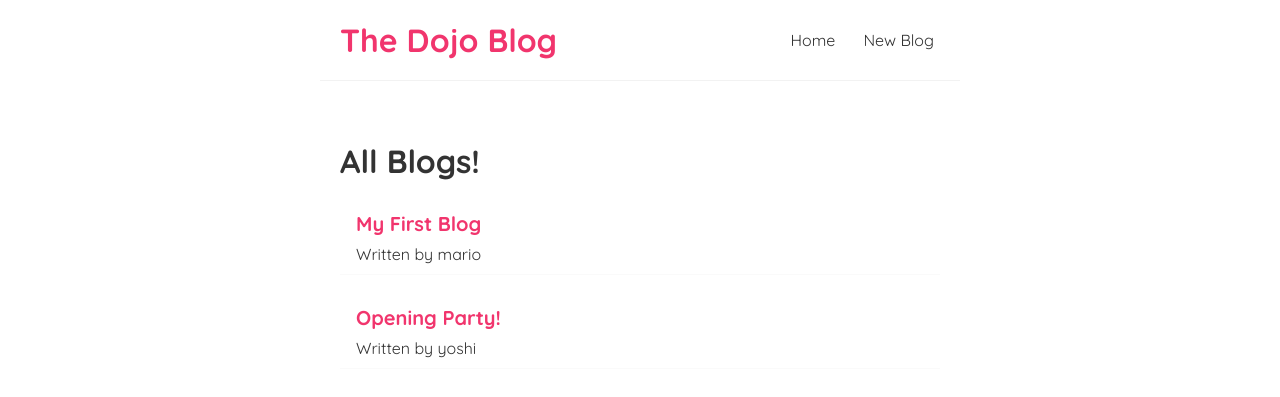
Repository: DESTINYAS/Reactjs
Page: /
The author's editor kept a copy of each file at every save. The page is drawn from the files as they stood at one save, then again after the next save.
The browser window is 1280 px wide. The pictures show the whole page.
The project was rebuilt for these pictures with package versions that can differ from the ones it lists, and the page was loaded fresh each time. Requests to the local data server were answered from the project's data file. Also part of the build but not shown: src/create.js, src/BlogDetails.js.

Above is the page before, as saved 2022-12-01 13:04:15.

After the next save:
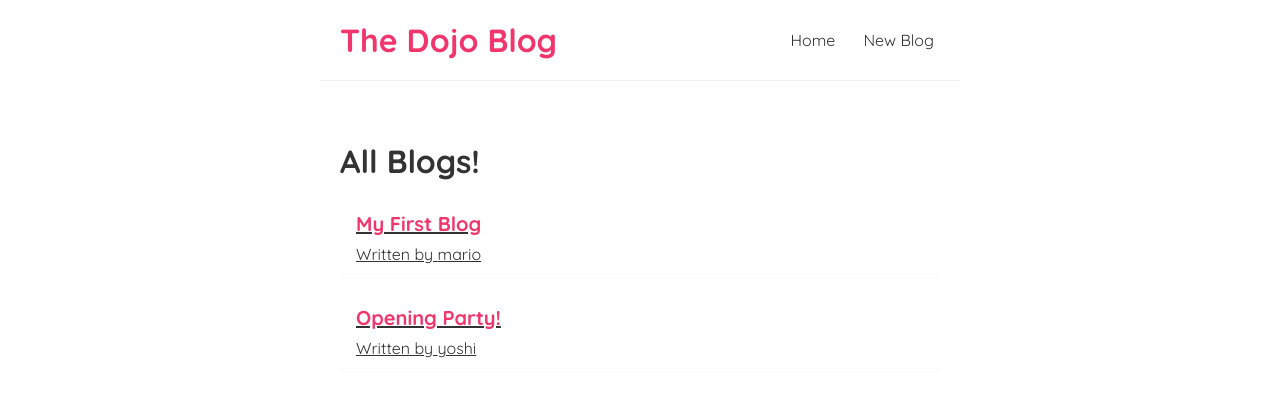
Saved 7 min 35 s later.
--- a/src/BlogList.js
+++ b/src/BlogList.js
@@ -1,11 +1,14 @@
+import { Link } from "react-router-dom";
 const BlogList = ({ blogs, title }) => {
   return (
     <div className="blog-list">
       <h1>{title}</h1>
       {blogs.map((blog) => (
         <div className="blog-preview" key={blog.id}>
-          <h1>{blog.title}</h1>
-          <p>Written by {blog.author}</p>
+          <Link to={`/blogs/${blog.id}`}>
+            <h1>{blog.title}</h1>
+            <p>Written by {blog.author}</p>
+          </Link>
         </div>
       ))}
     </div>

After the save that followed:
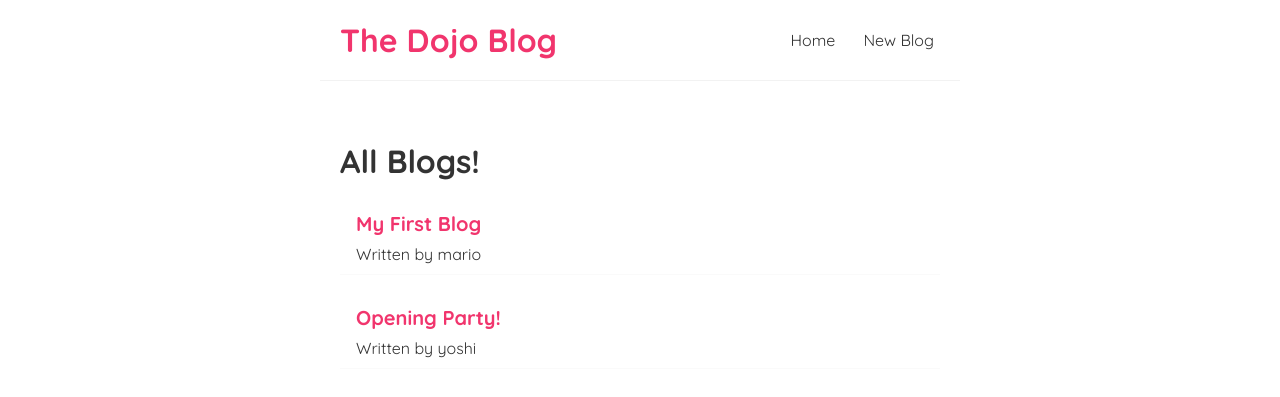
Saved 2 min 21 s later.
--- a/src/index.css
+++ b/src/index.css
@@ -47,3 +47,6 @@
   color: #f1356d;
   margin-bottom: 8px;
 }
+.blog-preview a {
+  text-decoration: none;
+}
